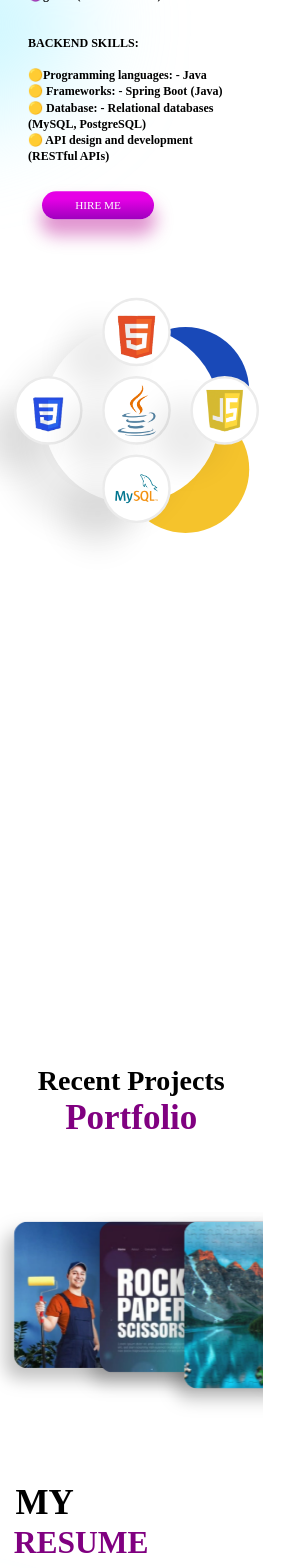
Repository: glorysandy/Protfolio
Page: /
These files come from the project's save history. The page is drawn as it stood at one moment and after a run of saves; the edit follows.
The browser window is 375 px wide. The page is 440 px wide, so the pictures cover 440 px, including what lies to the right of the window. The pictures show the part of the page from y = 2835 to 5075 px (the page is 7483 px tall before and 6203 px after), at 70% of full size.
Some web fonts or font styles are not loaded; a fallback is used. The project was rebuilt for these pictures with package versions that can differ from the ones it lists, and the page was loaded fresh each time. Imported but missing from the stored project, and not drawn on this page: src/components/Services/SANDHIYA.P (RESUME).pdf.

Above is the page before, as saved 2024-10-17 16:14:21.

After the next 3 saves:
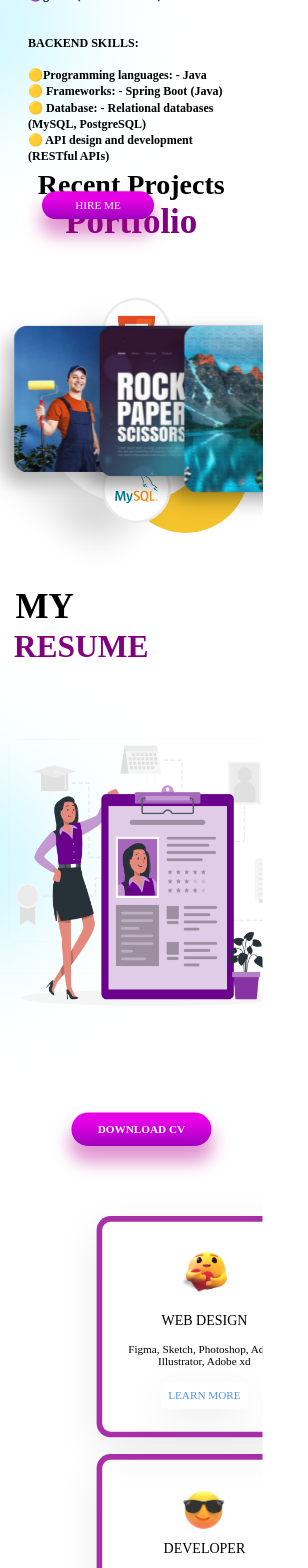
The 3 saves are shown as one change because they came seconds apart.
The last was saved 49 s later.
--- a/src/components/Works/Works.css
+++ b/src/components/Works/Works.css
@@ -107,7 +107,7 @@ padding: 2.2rem;
 @media screen and (max-width: 480px) {
   .works {
     flex-direction: column;
-  height: 220vh;
+  height: 60vh;
     padding: 1rem;
     gap: 5rem;
     position: relative
